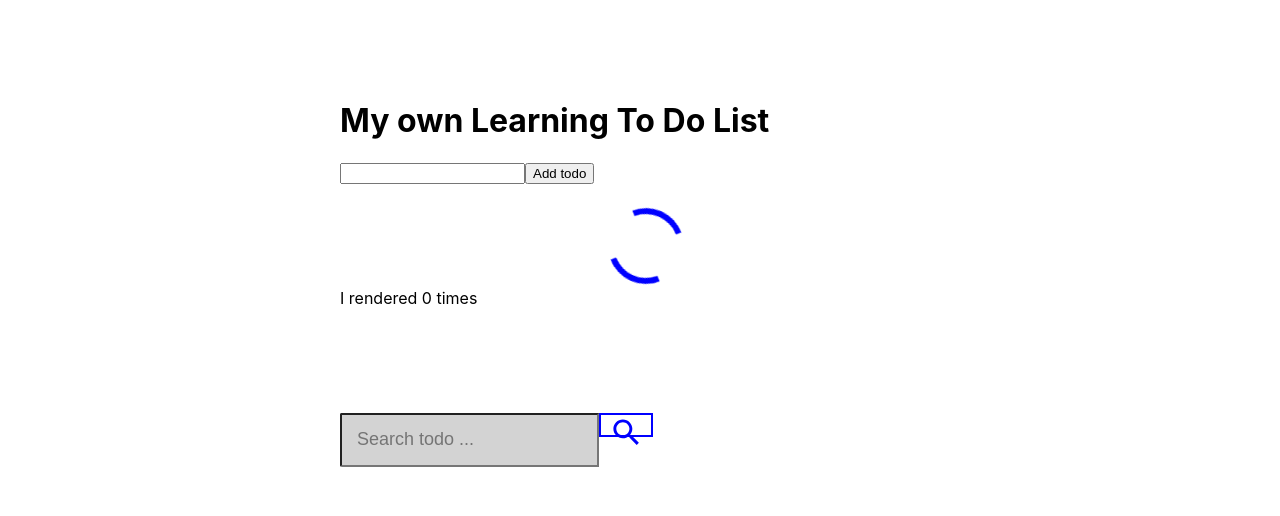
Repository: ArusyakAghajanyan/To-Do
Page: /
The author's editor kept a copy of each file at every save. The page is drawn from the files as they stood at one save, then again after the next save.
The browser window is 1280 px wide. The pictures show the whole page.
The page's requests for data from a server got no answer. The project was rebuilt for these pictures with package versions that can differ from the ones it lists, and the page was loaded fresh each time. No one was signed in, and anything a server would have sent is missing. Also part of the build but not shown: src/Todo/TodoItem.js, src/Todo/TodoList.js.

Above is the page before, as saved 2022-03-11 02:16:58.

### src/index.css
body {
  margin: 0;
  font-family: -apple-system, BlinkMacSystemFont, 'Segoe UI', 'Roboto', 'Oxygen',
    'Ubuntu', 'Cantarell', 'Fira Sans', 'Droid Sans', 'Helvetica Neue',
    sans-serif;
  -webkit-font-smoothing: antialiased;
  -moz-osx-font-smoothing: grayscale;
}

code {
  font-family: source-code-pro, Menlo, Monaco, Consolas, 'Courier New',
    monospace;
}
.wrapper {
  padding-top: 5rem;
  margin: 0 auto;
  width: 600px;
}
.rm {
  background: red;
  border-radius: 50%;
  color:#fff;
  border: none;
}

.done {
  text-decoration: line-through;
}

.lds-dual-ring {
  display: inline-block;
  width: 80px;
  height: 80px;
}

.lds-dual-ring:after {
  content: " ";
  display: block;
  width: 64px;
  height: 64px;
  margin: 8px;
  border-radius: 50%;
  border: 6px solid blue;
  border-color: blue transparent blue transparent;
  animation: lds-dual-ring 1.2s linear infinite;
}
@keyframes lds-dual-ring {
  0% {
    transform: rotate(0deg);
  }
  100% {
    transform: rotate(360deg);
  }
}

### src/App.js
import React, { useEffect, useRef } from 'react'
import TodoList from './Todo/TodoList'
import Context from './context'
import Loader from './Loader'
import SearchBar from './Search/SearchBar'

const AddTodo = React.lazy(
  () =>
  new Promise(resolve => {
    setTimeout(() => {
      resolve(import('./Todo/AddTodo'))
    }, 3000)
  })
  )

function App() {
  const [todos, setTodos] = React.useState([])
    // { id: 1, completed: false, title: 'Learn HTML, CSS'},
    // { id: 2, completed: true, title: 'Learn Js'},
    // { id: 3, completed: false, title: 'Learn React'},
    // { id: 4, completed: false, title: 'Learn Java'}
  const [loading, setLoading] = React.useState(true)
  const renderCount = useRef(0)

  useEffect(() => {
    renderCount.current = renderCount.current + 1
  })


useEffect(() => {
  fetch('https://jsonplaceholder.typicode.com/todos?_limit=5')
    .then(response => response.json())
    .then(todos => {
      setTimeout(() => {
        setTodos(todos)
        setLoading(false)
      }, 2000)
    })
}, [])

  function toggleTodo(id){
    setTodos(
    todos.map(todo => {
    if (todo.id === id) {
      todo.completed = !todo.completed
    }
    return todo
    })
    )
  }

  function removeTodo(id){
   setTodos(todos.filter(todo => todo.id !== id))
  }

  function addTodo(title) {
    setTodos(todos.concat([{
      title,
      id: Date.now(),
      completed: false
    }]))
  }
  return (
    <Context.Provider value={{ removeTodo }}>
    <div className='wrapper'>
      <h1>My own Learning To Do List</h1>
      <React.Suspense fallback={<p>Loading...</p>}>

      <AddTodo onCreate={addTodo} />
      </React.Suspense>
      {loading && <Loader />}
      {todos.length ? (
      <TodoList todos={todos} onToggle={toggleTodo} />
      ) : loading ? null : (
        <p>No todos!</p>
       )}
       <div> I rendered {renderCount.current} times </div>
       <div >
      <SearchBar placeholder="Search todo ..." data={todos} />
    </div>

    </div>
    </Context.Provider>

  )
}

export default App

// className="App"

### src/Loader.js
import React from 'react'

export default () => <div style={{display: 'flex', justifyContent: 'center', margin: '.5rem' }}>
    <div className="lds-dual-ring" /></div>

### src/Search/SearchBar.js
import React, { useState } from "react";
import "./SearchBar.css";
import SearchIcon from '@mui/icons-material/Search';
import CloseIcon from '@mui/icons-material/Close';

function SearchBar({ placeholder, data }) {
  const [filteredData, setFilteredData] = useState([]);
  const [wordEntered, setWordEntered] = useState("");

  const handleFilter = (event) => {
    const searchWord = event.target.value;
    setWordEntered(searchWord);
    const newFilter = data.filter((value) => {
      return value.title.toLowerCase().includes(searchWord.toLowerCase());
    });

    if (searchWord === "") {
      setFilteredData([]);
    } else {
      setFilteredData(newFilter);
    }
  };

  const clearInput = () => {
    setFilteredData([]);
    setWordEntered("");
  };

  return (
    <div className="search">
      <div className="searchInputs">
        <input
          type="text"
          placeholder={placeholder}
          value={wordEntered}
          onChange={handleFilter}

        />
        <div className="searchIcon">
          {filteredData.length === 0 ? (
            <SearchIcon />
          ) : (
            <CloseIcon id="clearBtn" onClick={clearInput} />
          )}
        </div>
      </div>
      {filteredData.length != 0 && (
        <div className="dataResult">
          {filteredData.slice(0, 15).map((value, key) => {
            return (
              <a className="dataItem" href={value.link} target="_blank">
                <p>{value.title} </p>
              </a>
            );
          })}
        </div>
      )}
    </div>
  );

}

export default SearchBar;

### src/Todo/AddTodo.js
import React, { useState } from "react";
import PropTypes from "prop-types";

function useInputValue(defaultValue = " ") {
  const [value, setValue] = useState(defaultValue);
  return {
    bind: {
      value,
      onChange: (event) => setValue(event.target.value),
    },
    clear: () => setValue(""),
    value: () => value,
  };
}

function AddTodo({ onCreate }) {
  const input = useInputValue(" ");

  function submitHandler(event) {
    event.preventDefault();

    if (input.value().trim()) {
      onCreate(input.value());
      input.clear();
    }
  }

  return (
    <form style={{ marginBottom: "1rem" }} onSubmit={submitHandler}>
      <input {...input.bind} />
      <button type="submit">Add todo</button>
    </form>
  );
}

AddTodo.propTypes = {
  onCreate: PropTypes.func.isRequired,
};

export default AddTodo;

### src/Search/SearchBar.css
.searchInputs {
    margin-top: 105px;
    display: flex;
  }

  .search input{
    background-color: lightgray;
    /* border: 2px solid gray; */
    border-radius: 2px;
    border-top-right-radius: 0px;
    border-bottom-right-radius: 0px;
    font-size: 18px;
    padding: 15px;
    height: 20px;
    width: 225px;
  }

  .searchIcon {
    border: 2px solid blue;
    height: 20px;
    width: 50px;
    background-color: white;
    display: grid;
    place-items: center;
    color: blue;
  }

  input:focus {
    outline: none;
  }
  .searchIcon svg {
    font-size: 35px;
  }

  .dataResult {
    margin-top: 0px;
    width: 300px;
    height: 200px;
    background-color: lightgray;
    box-shadow: rgba(0, 0, 0, 0.35) 0px 5px 15px;
    overflow: hidden;
    overflow-y: auto;
  }

  .dataResult::-webkit-scrollbar {
    display: none;
  }

  .dataResult .dataItem {
    width: 100%;
    height: 50px;
    display: flex;
    align-items: center;
    color: black;
  }

  .dataItem p {
    margin-left: 10px;
  }
  a {
    text-decoration: none;
  }

  a:hover {
    background-color: lightgrey;
  }

  #clearBtn {
    cursor: pointer;
  }

Loaded but not shown: public/index.html (common file); src/index.js (common file); src/reportWebVitals.js (common file); src/context.js (common file)

After the next save:
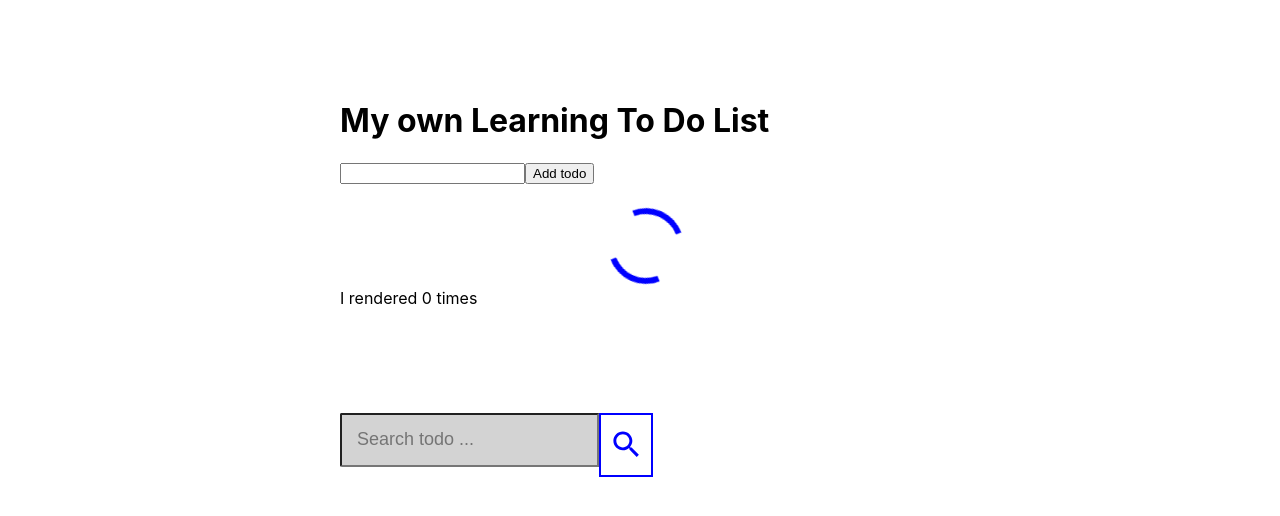
Saved 5 s later.
--- a/src/Search/SearchBar.css
+++ b/src/Search/SearchBar.css
@@ -17,7 +17,7 @@
 
   .searchIcon {
     border: 2px solid blue;
-    height: 20px;
+    height: 60px;
     width: 50px;
     background-color: white;
     display: grid;
